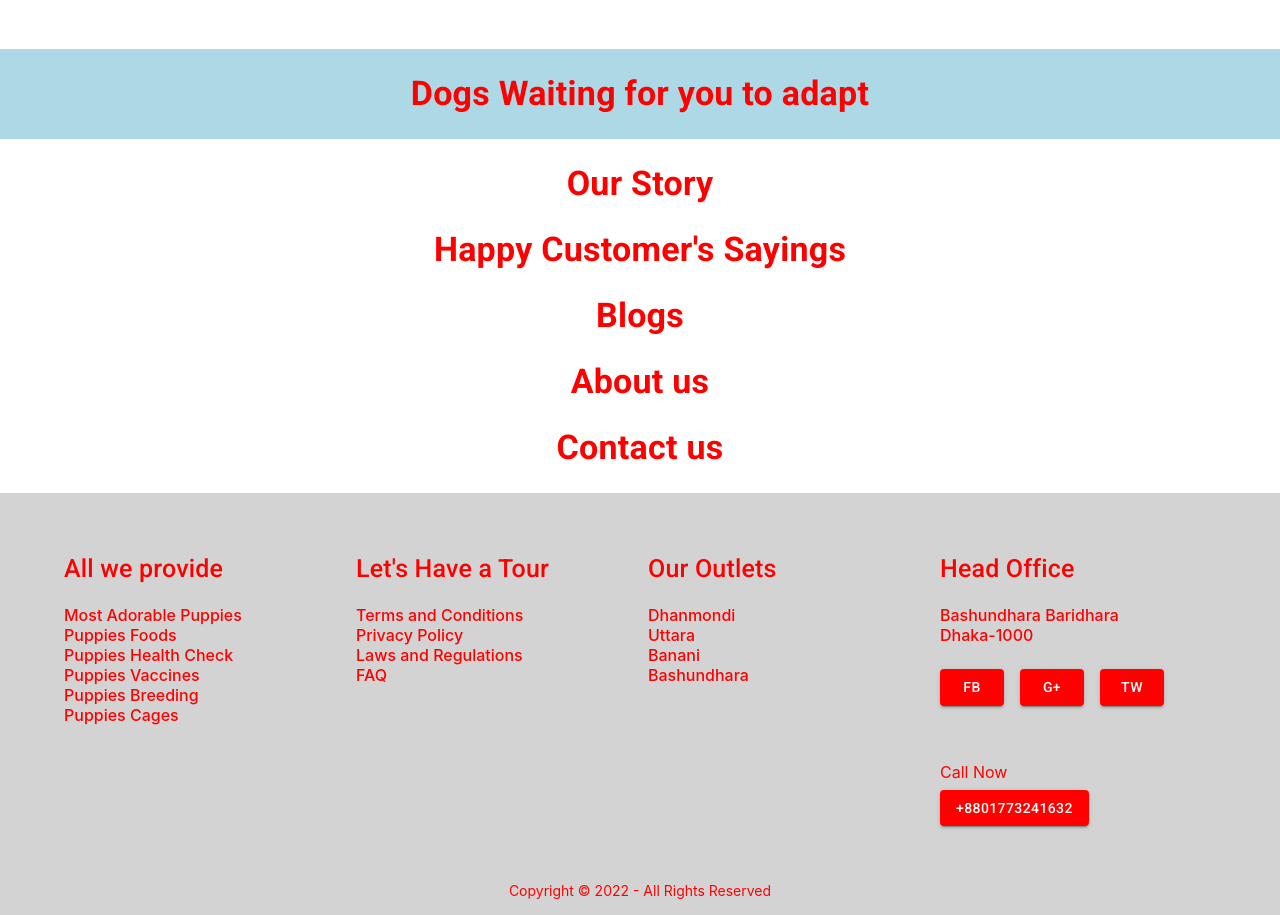
Repository: Sharif-00112/dogos-paradise-client
Page: /
The author's editor kept a copy of each file at every save. The page is drawn from the files as they stood at one save, then again after the next save.
The browser window is 1280 px wide. The pictures show the part of the page from y = 1041 to 1988 px (the page is 1956 px tall before and 1988 px after).
The page's requests for data from a server got no answer. The project was rebuilt for these pictures with package versions that can differ from the ones it lists, and the page was loaded fresh each time. Some packages were replaced by stand-ins written for this rebuild. No one was signed in, and anything a server would have sent is missing. Also part of the build but not shown: src/Pages/Home/Dog/Dog.js, src/Pages/Login/Login/Login.js, src/Pages/Login/Register/Register.js, src/Pages/NotFound/NotFound.js.

Above is the page before, as saved 2022-12-02 15:51:36.

After the next save:
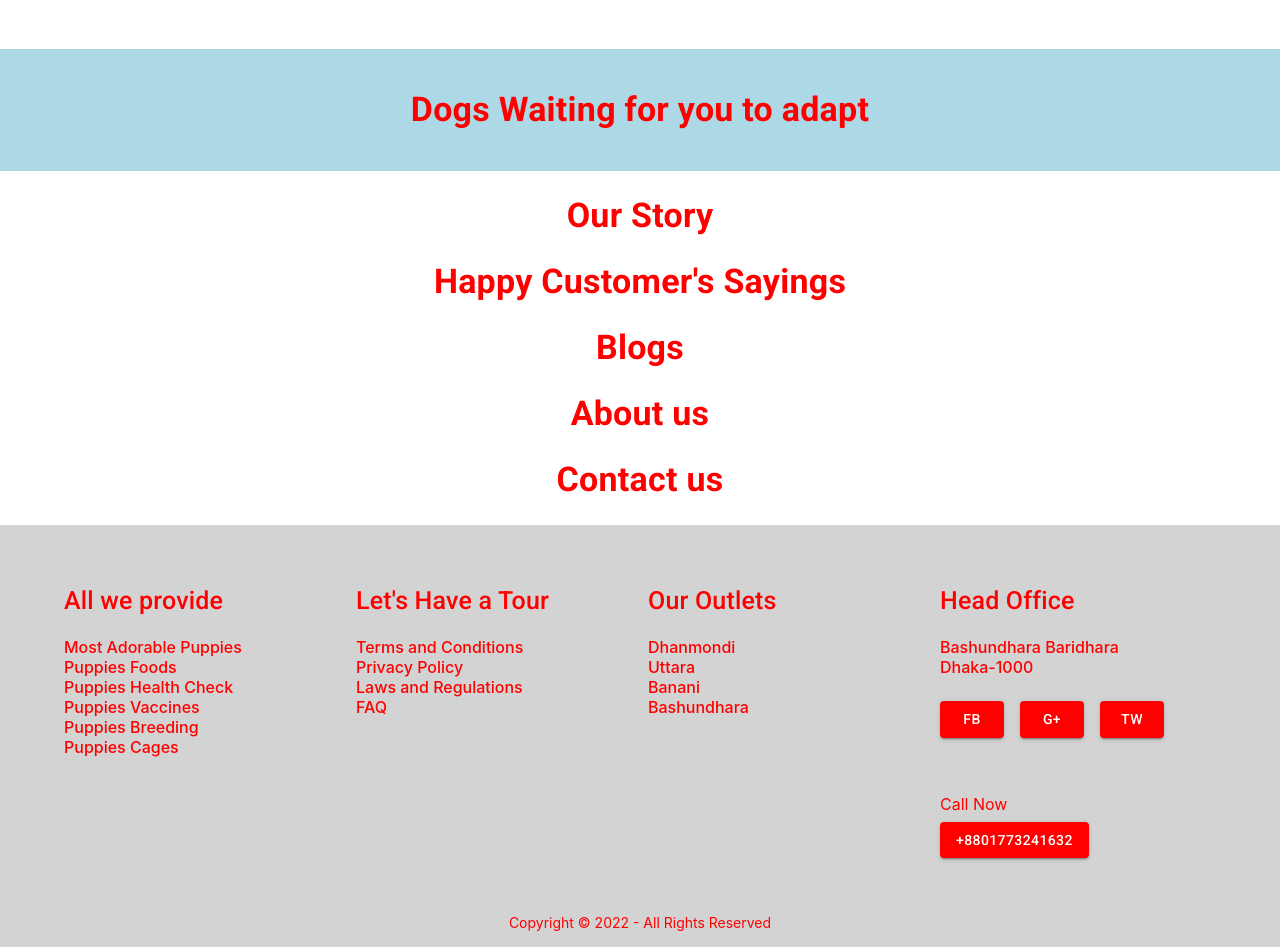
Saved 11 s later.
--- a/src/Pages/Home/Dogs/Dogs.js
+++ b/src/Pages/Home/Dogs/Dogs.js
@@ -99,7 +99,7 @@ const Dogs = () => {
 
     return (
         <div>
-            <Box sx={{ flexGrow: 1, backgroundColor:"lightblue", py:3 }}>
+            <Box sx={{ flexGrow: 1, backgroundColor:"lightblue", py:5 }}>
                 <Container>
                     <Typography sx={{ pb:3, color: 'red', fontWeight: 600 }} variant="h4" component="div">
                         Dogs Waiting for you to adapt
